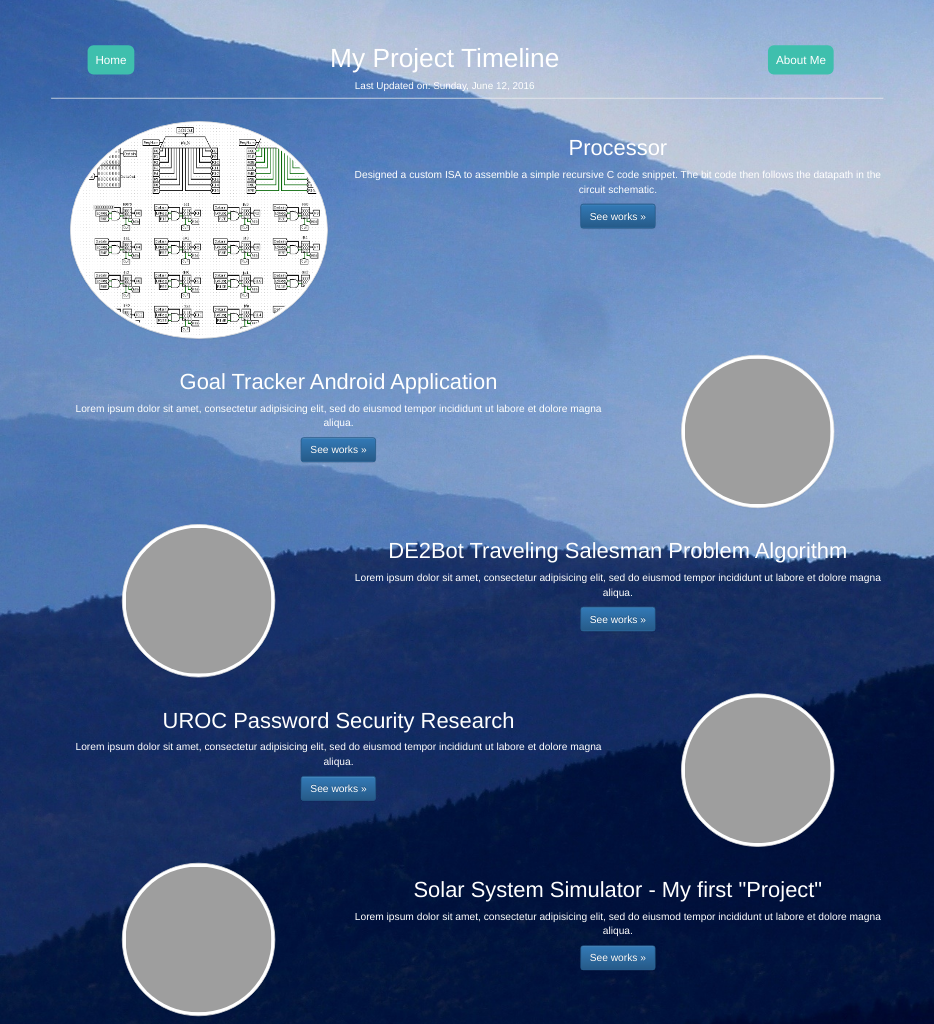
Repository: austinHerring/PersonalWebsite
Page: PersonalWebsite/WebContent/projects.html
An editor plug-in stored every save of this project. The page is shown before and after the next save, followed by the edit.
The browser window is 1280 px wide. The pictures show the whole page, at 73% of full size.
Pictures or frames that could not be fetched are drawn as grey boxes.

Above is the page before, as saved 2016-06-13 04:55:31.

### PersonalWebsite/WebContent/projects.html
<html>
<head>
	<meta charset="utf-8"/>
	<title>Projects - Austin</title>
	<link rel="stylesheet" href="css/bootstrap.min.css">
	<link rel="stylesheet" href="css/bootstrap-theme.min.css">
	<link rel="stylesheet" href="css/projects.css">
	<link rel="stylesheet" href="css/general.css">
</head>
<!-- /container -->
<div class="container" id="page-wrap">
  <div class="page-header">
    <table class="table-header">
    	<tr>
    		<td>
	    		<a class="button button1" href="index.html" role="button">Home</a>
    		</td>
    		<td style="text-align: center;">
    			<h1 class="text-center">My Project Timeline</h1>
	    		<small> <i class="fa fa-clock-o"></i> Last Updated on: <time>Sunday, June 12, 2016</time></small>
    		</td>
    		<td>
				<a class="button button1" href="about.html" role="button">About Me</a>
    		</td>
    	</tr>
    </table>
  </div>
  <div class="container">
    <div class="row stylish-panel">
      <div class="col-md-4">
        <div>
          <img src="images/processor.png" alt="Register File" class="img-circle img-thumbnail">
        </div>
      </div>
      <div class="col-md-8">
        <div>
          <h2>Processor</h2>
          <p>Designed a custom ISA to assemble a simple recursive C code snippet. The bit code then follows the datapath in the circuit schematic.
          </p>
          <a href="#" class="btn btn-primary" title="See more">See works »</a>
        </div>
      </div>
    </div>
    <div class="row stylish-panel">
      <div class="col-md-8">
        <div>
          <h2>Goal Tracker Android Application</h2>
          <p>Lorem ipsum dolor sit amet, consectetur adipisicing elit, sed do eiusmod
            tempor incididunt ut labore et dolore magna aliqua.
          </p>
          <a href="#" class="btn btn-primary" title="See more">See works »</a>
        </div>
      </div>
      <div class="col-md-4">
        <div>
          <img src="http://lorempixel.com/200/200/abstract/3/" alt="Texto Alternativo" class="img-circle img-thumbnail">
        </div>
      </div>
    </div>
    <div class="row stylish-panel">
      <div class="col-md-4">
        <div>
          <img src="http://lorempixel.com/200/200/abstract/4/" alt="Texto Alternativo" class="img-circle img-thumbnail">
        </div>
      </div>
      <div class="col-md-8">
        <div>
          <h2>DE2Bot Traveling Salesman Problem Algorithm</h2>
          <p>Lorem ipsum dolor sit amet, consectetur adipisicing elit, sed do eiusmod
            tempor incididunt ut labore et dolore magna aliqua.
          </p>
          <a href="#" class="btn btn-primary" title="See more">See works »</a>
        </div>
      </div>
    </div>
    <div class="row stylish-panel">
      <div class="col-md-8">
        <div>
          <h2>UROC Password Security Research</h2>
          <p>Lorem ipsum dolor sit amet, consectetur adipisicing elit, sed do eiusmod
            tempor incididunt ut labore et dolore magna aliqua.
          </p>
          <a href="#" class="btn btn-primary" title="See more">See works »</a>
        </div>
      </div>
      <div class="col-md-4">
        <div>
          <img src="http://lorempixel.com/200/200/abstract/5/" alt="Texto Alternativo" class="img-circle img-thumbnail">
        </div>
      </div>
    </div>
    <div class="row stylish-panel">
      <div class="col-md-4">
        <div>
          <img src="http://lorempixel.com/200/200/abstract/6/" alt="Texto Alternativo" class="img-circle img-thumbnail">
        </div>
      </div>
      <div class="col-md-8">
        <div>
          <h2>Solar System Simulator - My first "Project"</h2>
          <p>Lorem ipsum dolor sit amet, consectetur adipisicing elit, sed do eiusmod
            tempor incididunt ut labore et dolore magna aliqua.
          </p>
          <a href="#" class="btn btn-primary" title="See more">See works »</a>
        </div>
      </div>
    </div>
  </div>
</div>

<div id="bg">
	<img src="images/background.jpg" alt="">
</div>

</html>

### PersonalWebsite/WebContent/css/projects.css
body {
	color: #fff;
}

.stylish-panel{
    padding: 10px 0;
    text-align: center;
    padding: 10px;
    border: 1px solid transparent;
    border-radius: 4px;
    transition: 0.2s;
}

.stylish-panel:hover{
    margin-top: -10px;
    border: 1px solid rgb(200, 200, 200);
    box-shadow: rgba(0, 0, 0, 0.1) 0px 5px 5px 2px;
    background: rgba(200, 200, 200, 0.1);
    transition: 0.5s;
}

.stylish-panel:hover img {
    border-radius: 50%;
    -webkit-transform: rotate(360deg);
    -moz-transform: rotate(360deg);
    -o-transform: rotate(360deg);
    -ms-transform: rotate(360deg);
    transform: rotate(360deg);
}

### PersonalWebsite/WebContent/css/general.css
@CHARSET "UTF-8";
.button {
    background-color: #3fbfad;
    border: none;
    color: white;
    padding: 8px 8px;
    text-align: center;
    text-decoration: none;
    display: inline-block;
    font-size: 16px;
    margin: 4px 2px;
    -webkit-transition-duration: 0.4s; /* Safari */
    transition-duration: 0.4s;
    cursor: pointer;
    border-radius: 8px;
}

.button1 {
    background-color: #3fbfad;
    color: white;
    border: 3px solid #3fbfad;
}

.button1:hover {
    background:rgba(0,0,0,0);
    color: white;
    text-decoration: none;
    border: 3px solid white;
}

.page-header{
  text-align: center;
  color: white;
}

.table-header{
  text-align: center;
  color: white;
  width:100%;
}

#bg {
	position:fixed;
	top:-50%;
	left:-50%;
	width:100%;
	height:80%;
}

#bg img {
	position:absolute;
	top:0;
	left:0;
	right:0;
	bottom:0;
	margin:auto;
	min-width:50%;
	min-height:50%;
}

#page-wrap { position: relative; z-index: 2}

Loaded but not shown: PersonalWebsite/WebContent/css/bootstrap.min.css (library); PersonalWebsite/WebContent/css/bootstrap-theme.min.css (library)

After the next save:
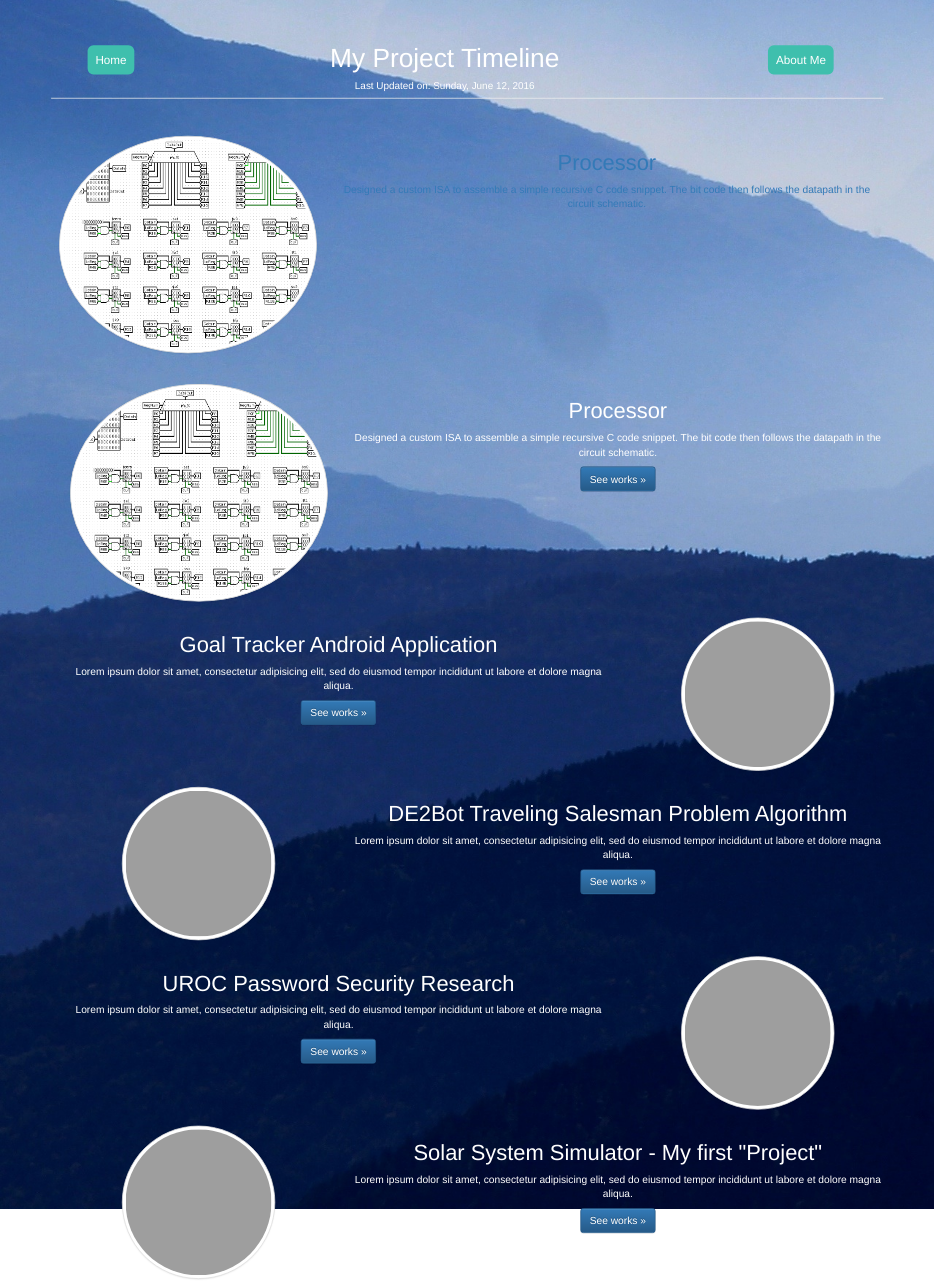
Saved 2 min 21 s later.
--- a/PersonalWebsite/WebContent/projects.html
+++ b/PersonalWebsite/WebContent/projects.html
@@ -25,6 +25,22 @@
     	</tr>
     </table>
   </div>
+  <a class="container">
+    <div class="row stylish-panel">
+      <div class="col-md-4">
+        <div>
+          <img src="images/processor.png" alt="Register File" class="img-circle img-thumbnail">
+        </div>
+      </div>
+      <div class="col-md-8">
+        <div>
+          <h2>Processor</h2>
+          <p>Designed a custom ISA to assemble a simple recursive C code snippet. The bit code then follows the datapath in the circuit schematic.
+          </p>
+        </div>
+      </div>
+    </div>
+  </a>
   <div class="container">
     <div class="row stylish-panel">
       <div class="col-md-4">
